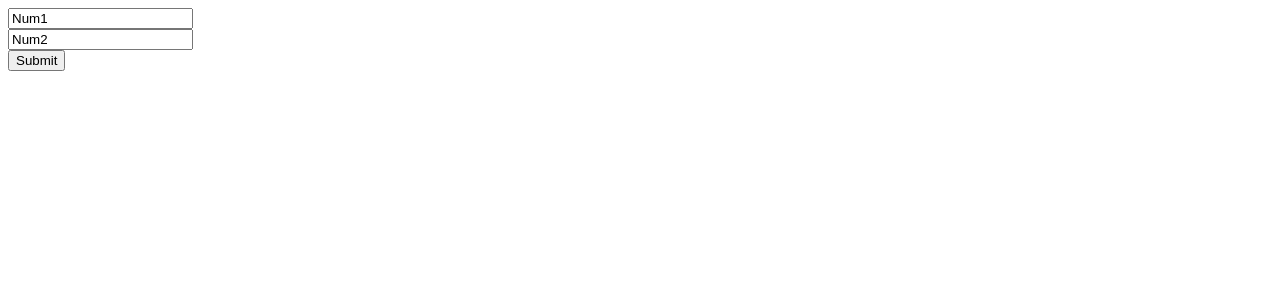
Repository: MarkFernandes11/Advanced-Java
Page: DemoApp/WebContent/index.html
The author's editor kept a copy of each file at every save. The page is drawn from the files as they stood at one save, then again after the next save.
The browser window is 1280 px wide. The pictures show the whole page.

Above is the page before, as saved 2019-09-21 13:25:25.

### DemoApp/WebContent/index.html
<!DOCTYPE html>
<html>
<head>
<meta charset="UTF-8">
<title>Insert title here</title>
</head>
<body>
	<form action="add">
		<input type = "text" value="Num1">
		<br>
		<input type = "text" value="Num2">
		<br>
		<input type="submit" value="Submit">
</body>
</html>

After the next save:
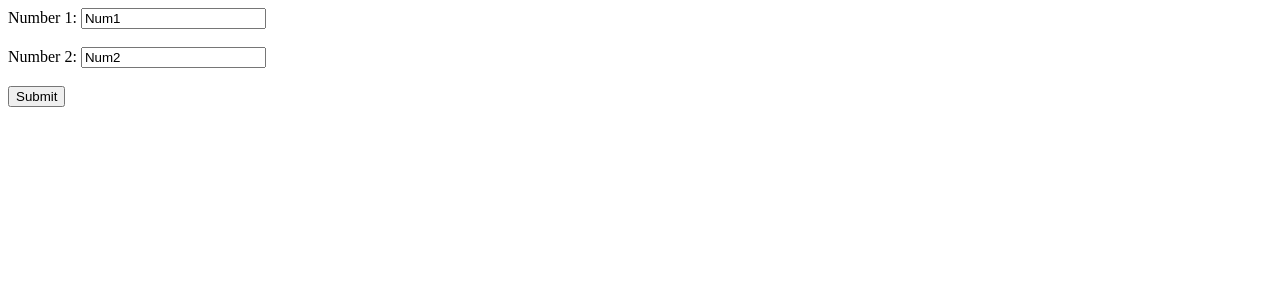
Saved 78 s later.
--- a/DemoApp/WebContent/index.html
+++ b/DemoApp/WebContent/index.html
@@ -6,10 +6,10 @@
 </head>
 <body>
 	<form action="add">
-		<input type = "text" value="Num1">
-		<br>
-		<input type = "text" value="Num2">
-		<br>
+		Number 1: <input type = "text" value="Num1">
+		<br><br>
+		Number 2: <input type = "text" value="Num2">
+		<br><br>
 		<input type="submit" value="Submit">
 </body>
 </html>
